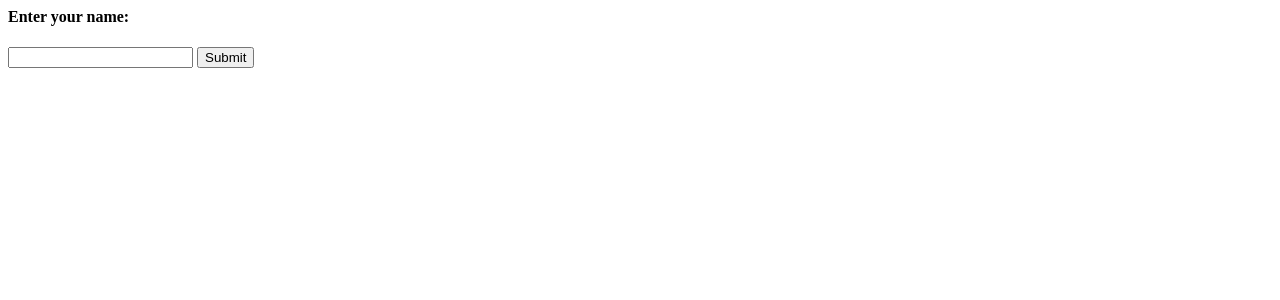
Repository: DeadSoul009/SpringCoreXML
Page: http://localhost/firstmvc/
An editor plug-in stored every save of this project. The page is shown before and after the next save, followed by the edit.
The browser window is 1280 px wide. The pictures show the whole page.
The page is served by Tomcat 9. Other server files are loaded and not shown.

Above is the page before, as saved 2019-04-29 12:15:56.

### firstmvc/src/main/webapp/index.jsp
<html>
<body>

	<h4>Enter your name:</h4>
	<form action="greet">
		<input type="text" name="t1" hint="Enter your name">
		<input type="submit">
	</form>
</body>
</html>

After the next save:
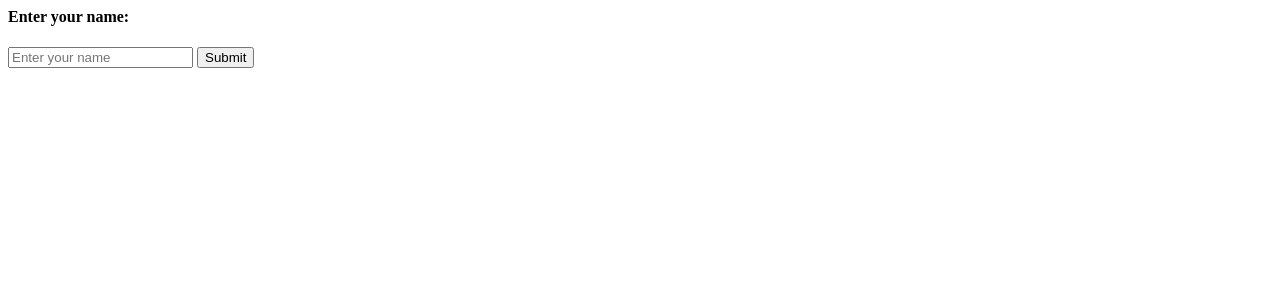
Saved 63 s later.
--- a/firstmvc/src/main/webapp/index.jsp
+++ b/firstmvc/src/main/webapp/index.jsp
@@ -3,7 +3,7 @@
 
 	<h4>Enter your name:</h4>
 	<form action="greet">
-		<input type="text" name="t1" hint="Enter your name">
+		<input type="text" name="t1" placeholder="Enter your name">
 		<input type="submit">
 	</form>
 </body>
